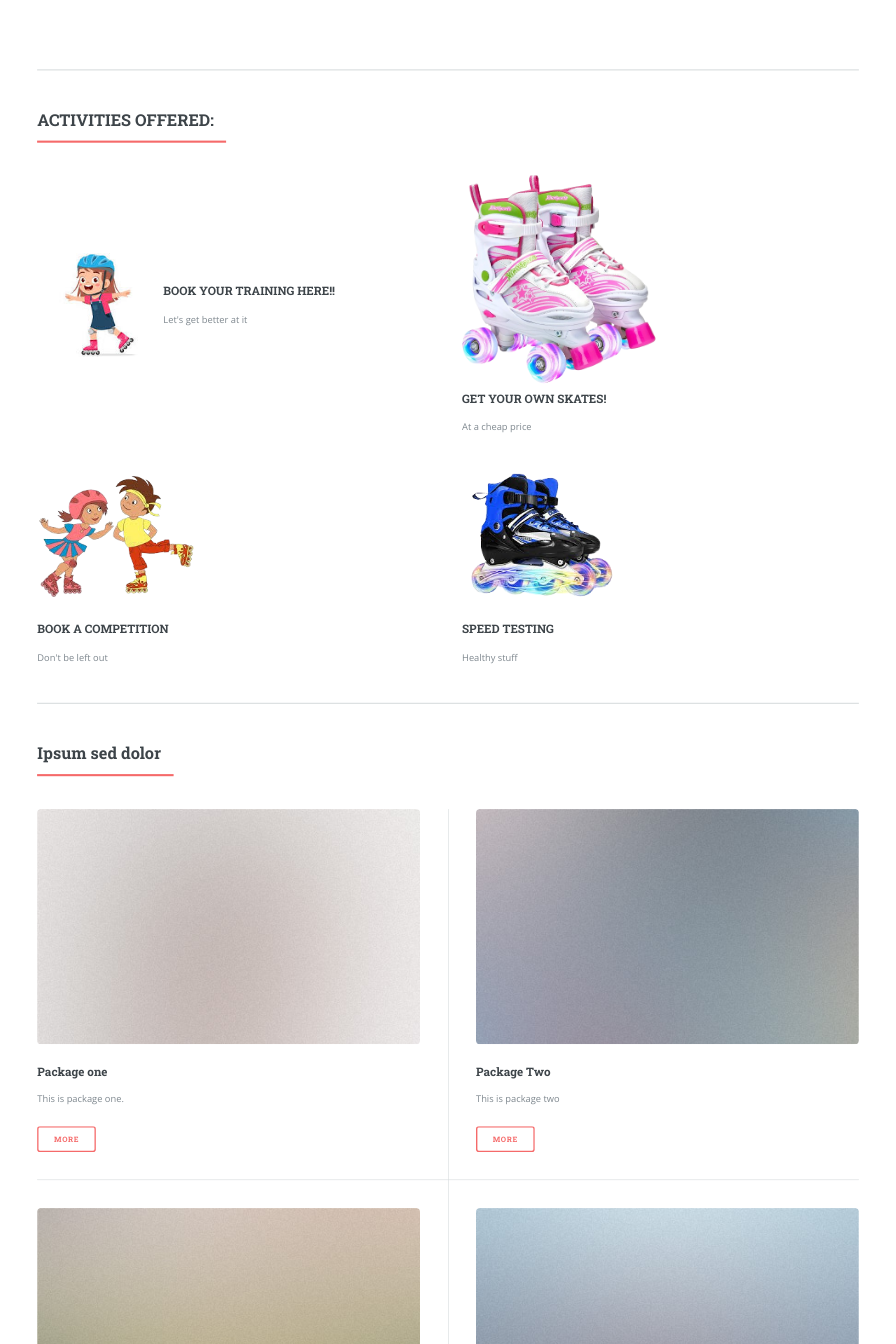
Repository: rachel648/New_Elite
Page: index.html
An editor plug-in stored every save of this project. The page is shown before and after the next save, followed by the edit.
The browser window is 1280 px wide. The pictures show the part of the page from y = 707 to 2627 px (the page is 3549 px tall before and 3447 px after), at 70% of full size.

Above is the page before, as saved 2024-10-14 14:19:17.

### index.html
<!DOCTYPE HTML>
<html>
	<head>
		<title>ELITE SKATES</title>
		<meta charset="utf-8" />
		<meta name="viewport" content="width=device-width, initial-scale=1, user-scalable=no" />
		<link rel="stylesheet" href="assets/css/main.css" />
	</head>
	<body class="is-preload">

		<!-- Wrapper -->
			<div id="wrapper">

				<!-- Main -->
					<div id="main">
						<div class="inner">

							<!-- Header -->
								<header id="header">
									<a href="index.html" class="logo"><strong>ELITE </strong>SKATING CLUB</a>
									<ul class="icons">
										<li><a href="#" class="icon brands fa-twitter"><span class="label">Twitter</span></a></li>
										<li><a href="#" class="icon brands fa-facebook-f"><span class="label">Facebook</span></a></li>
										<li><a href="#" class="icon brands fa-snapchat-ghost"><span class="label">Snapchat</span></a></li>
										<li><a href="#" class="icon brands fa-instagram"><span class="label">Instagram</span></a></li>
										<li><a href="#" class="icon brands fa-medium-m"><span class="label">Medium</span></a></li>
									</ul>
								</header>

							<!-- Banner -->
								<section id="banner">
									<div class="content">
										<header>
											<h1>Welcome, Let's Skate!<br />
											With Mario</h1>
											<p>Join the thrill, boost your skills, and enjoy the ride with our skating community!</p>
										</header>
										<p> </p>
										<ul class="actions">
											<li><a href="#" class="button big">Learn More</a></li>
										</ul>
									</div>
									<span class="image object">
										<img src="images/skatetwo-removebg-preview.png" alt="" />
									</span>
								</section>

							<!-- Section -->
								<section>
									<header class="major">
										<h2>ACTIVITIES OFFERED:</h2>
									</header>
									<div class="features">
										<article>
											<span class="image object"></span>
											<img src="images/training.jpg" alt="" />
											<div class="content">
												<h3>BOOK YOUR TRAINING HERE!!</h3>
												<p>Let's get better at it</p>
											</div>
										</article>
										<article>
											<span class="image object">
												<img src="images/pinkskates.jpg-removebg-preview.png" alt="" style="width: 300px; height: auto;" />
											<div class="content">
												<h3>GET YOUR OWN SKATES!</h3>
												<p>At a cheap price</p>
											</div>
										</article>
										<article>
											<span class="image object">
												<img src="images/competition-removebg-preview.png" alt="" />
											<div class="content">
												<h3>BOOK A COMPETITION</h3>
												<p> Don't be left out</p>
										</article>
										<article>
											<span class="image object">
												<img src="images/blueskates-removebg-preview.png" alt="" />
											<div class="content">
												<h3>SPEED TESTING</h3>
												<p>Healthy stuff</p>
											</div>
										</article>
									</div>
								</section>

							<!-- Section -->
								<section>
									<header class="major">
										<h2>Ipsum sed dolor</h2>
									</header>
									<div class="posts">
										<article>
											<a href="#" class="image"><img src="images/pic01.jpg" alt="" /></a>
											<h3>Package one</h3>
											<p>This is package one.</p>
											<ul class="actions">
												<li><a href="#" class="button">More</a></li>
											</ul>
										</article>
										<article>
											<a href="#" class="image"><img src="images/pic02.jpg" alt="" /></a>
											<h3>Package Two</h3>
											<p>This is package two</p>
											<ul class="actions">
												<li><a href="#" class="button">More</a></li>
											</ul>
										</article>
										<article>
											<a href="#" class="image"><img src="images/pic03.jpg" alt="" /></a>
											<h3>Package three</h3>
											<p>This is package three</p>
											<ul class="actions">
												<li><a href="#" class="button">More</a></li>
											</ul>
										</article>
										<article>
											<a href="#" class="image"><img src="images/pic04.jpg" alt="" /></a>
											<h3>Package four</h3>
											<p>This is package four</p>
											<ul class="actions">
												<li><a href="#" class="button">More</a></li>
											</ul>
										</article>
										<article>
											<a href="#" class="image"><img src="images/pic05.jpg" alt="" /></a>
											<h3>Package five</h3>
											<p>This is package five</p>
											<ul class="actions">
												<li><a href="#" class="button">More</a></li>
											</ul>
										</article>
										<article>
											<a href="#" class="image"><img src="images/pic06.jpg" alt="" /></a>
											<h3>Package six</h3>
											<p>This is package six</p>
											<ul class="actions">
												<li><a href="#" class="button">More</a></li>
											</ul>
										</article>
									</div>
								</section>

						</div>
					</div>

				<!-- Sidebar -->
					<div id="sidebar">
						<div class="inner">

							<!-- Search -->
								<section id="search" class="alt">
									<form method="post" action="#">
										<input type="text" name="query" id="query" placeholder="Search" />
									</form>
								</section>

							<!-- Menu -->
								<nav id="menu">
									<header class="major">
										<h2>Menu</h2>
									</header>
									<ul>
										<li><a href="index.html">Homepage</a></li>
										<li><a href="generic.html">Upcoming Events</a></li>
										<li><a href="elements.html">Sports day </a></li>
										<li>
											<!--		<span class="opener">Submenu</span>
											<ul>
												<li><a href="#">Lorem Dolor</a></li>
												<li><a href="#">Ipsum Adipiscing</a></li>
												<li><a href="#">Tempus Magna</a></li>
												<li><a href="#">Feugiat Veroeros</a></li>
											</ul>

										</li>
										<li><a href="#">Etiam Dolore</a></li>
										<li><a href="#">Adipiscing</a></li>
										<li>
											<span class="opener">Another Submenu</span>
											<ul>
												<li><a href="#">Lorem Dolor</a></li>
												<li><a href="#">Ipsum Adipiscing</a></li>
												<li><a href="#">Tempus Magna</a></li>
												<li><a href="#">Feugiat Veroeros</a></li>
											</ul>
										</li>
										<li><a href="#">Maximus Erat</a></li>
										<li><a href="#">Sapien Mauris</a></li>
										<li><a href="#">Amet Lacinia</a></li>
										-->
									</ul>
								</nav>

							<!-- Section -->
								<section>
									<header class="major">
										<h2>LATEST HOTTEST DEALS</h2>
									</header>
									<div class="mini-posts">
										<article>
											<a href="#" class="image"><img src="images/pic07.jpg" alt="" /></a>
											<p>Package one</p>
										</article>
										<article>
											<a href="#" class="image"><img src="images/pic08.jpg" alt="" /></a>
											<p>Package two</p>
										</article>
										<article>
											<a href="#" class="image"><img src="images/pic09.jpg" alt="" /></a>
											<p>package three</p>
										</article>
									</div>
									<ul class="actions">
										<li><a href="#" class="button">More</a></li>
									</ul>
								</section>

							<!-- Section -->
								<section>
									<header class="major">
										<h2>Get in touch</h2>
									</header>
									<p></p>
									<ul class="contact">
										<li class="icon solid fa-envelope"><a href="#">skates@gmail.com</a></li>
										<li class="icon solid fa-phone">0712671172>

									</ul>
								</section>

							<!-- Footer -->
								<footer id="footer">

								</footer>

						</div>
					</div>

			</div>

		<!-- Scripts -->
			<script src="assets/js/jquery.min.js"></script>
			<script src="assets/js/browser.min.js"></script>
			<script src="assets/js/breakpoints.min.js"></script>
			<script src="assets/js/util.js"></script>
			<script src="assets/js/main.js"></script>

	</body>
</html>

Loaded but not shown: assets/css/fontawesome-all.min.css (library); assets/js/jquery.min.js (library); assets/js/browser.min.js (common file); assets/js/breakpoints.min.js (common file); assets/js/util.js (587 lines, source omitted); assets/js/main.js (262 lines, source omitted); assets/css/main.css (2284 lines, source omitted)

After the next save:
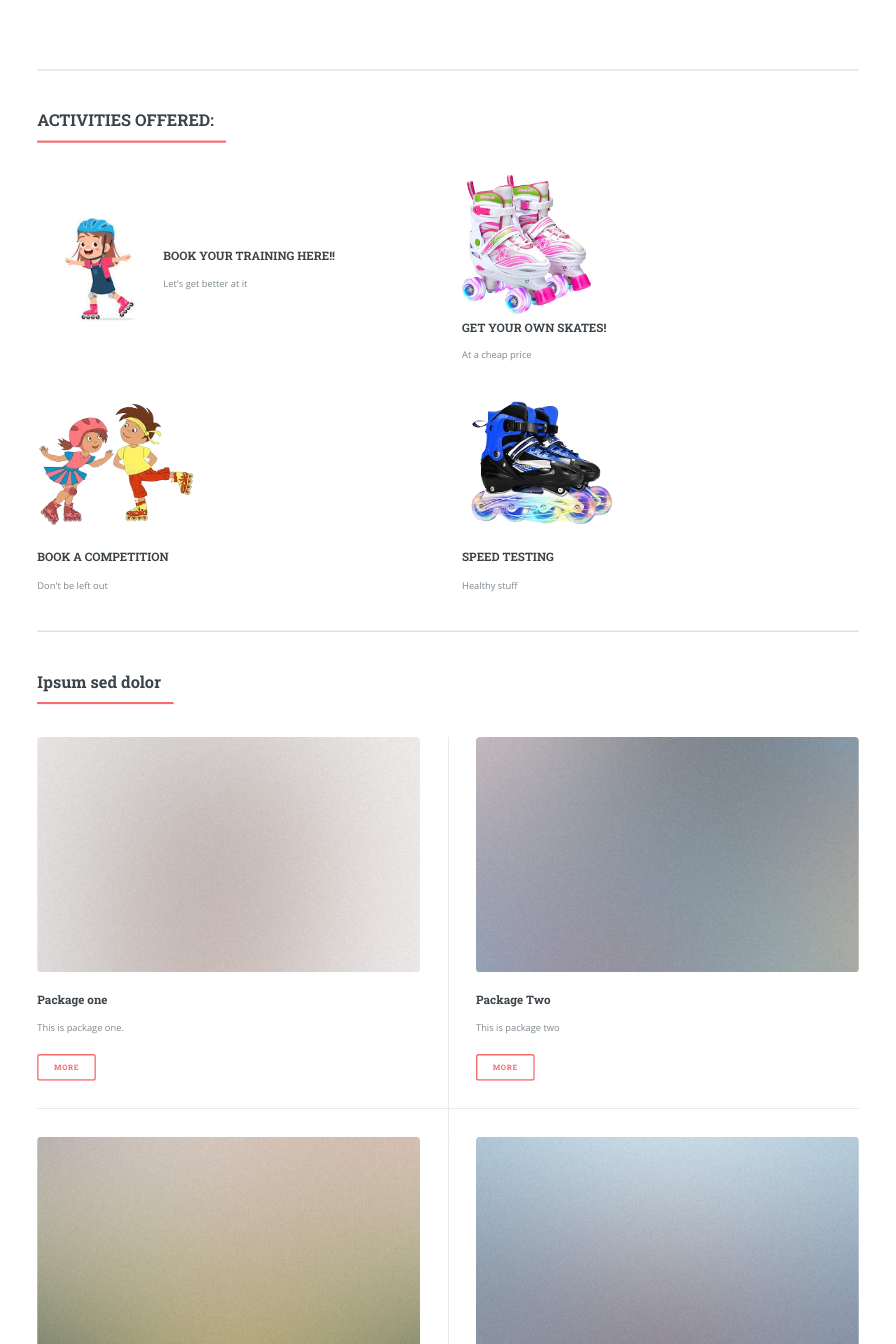
Saved 22 s later.
--- a/index.html
+++ b/index.html
@@ -61,7 +61,7 @@
 										</article>
 										<article>
 											<span class="image object">
-												<img src="images/pinkskates.jpg-removebg-preview.png" alt="" style="width: 300px; height: auto;" />
+												<img src="images/pinkskates.jpg-removebg-preview.png" alt="" style="width: 200px; height: auto;" />
 											<div class="content">
 												<h3>GET YOUR OWN SKATES!</h3>
 												<p>At a cheap price</p>
